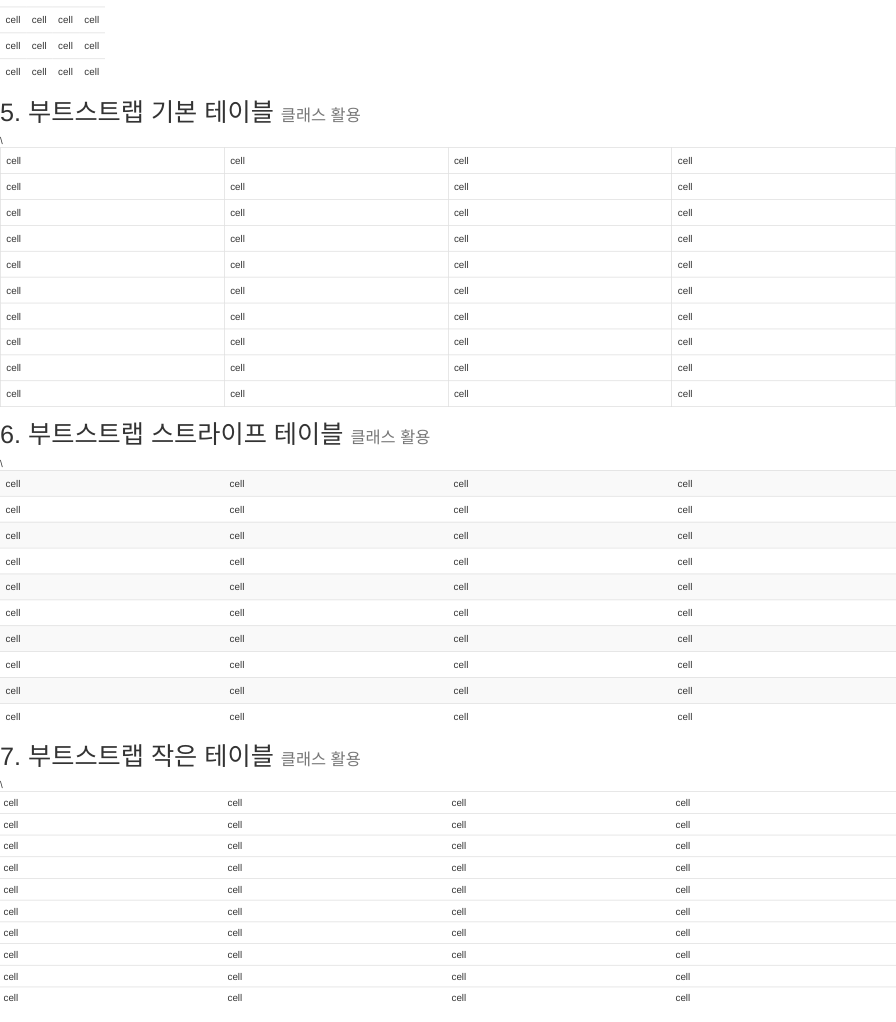
Repository: park-nahyun/BootstrapStudy
Page: BootstrapWork/WebContent/BootEx02.html
An editor plug-in stored every save of this project. The page is shown before and after the next save, followed by the edit.
The browser window is 1280 px wide. The pictures show the part of the page from y = 1389 to 3309 px (the page is 2849 px tall before and 3309 px after), at 70% of full size.

Above is the page before, as saved 2021-07-01 03:40:44.

### BootstrapWork/WebContent/BootEx02.html
<!DOCTYPE html>
<html>
<head>
<meta charset="UTF-8">
<title>BootEx02.html</title>

<link rel="stylesheet" href="css/bootstrap.css">
<script type="text/javascript" src="http://code.jquery.com/jquery.min.js"></script>
<script type="text/javascript" src="js/bootstrap.min.js"></script>

<style type="text/css">
	/* 테이블 기본 서식 */

	#table
	{
		width: 500px;
		border: 1px; solid black;
		border-collapse: collapse;
	}

	#table td
   {
      border: 1px solid black;
   }


</style>

</head>
<body>
<h1>1. 기본 테이블 <small>기본</small></h1>\
<!-- table>(tr>td{cell}*4)*10 -->
<table>
	<tr>
		<td>cell</td>
		<td>cell</td>
		<td>cell</td>
		<td>cell</td>
	</tr>
	<tr>
		<td>cell</td>
		<td>cell</td>
		<td>cell</td>
		<td>cell</td>
	</tr>
	<tr>
		<td>cell</td>
		<td>cell</td>
		<td>cell</td>
		<td>cell</td>
	</tr>
	<tr>
		<td>cell</td>
		<td>cell</td>
		<td>cell</td>
		<td>cell</td>
	</tr>
	<tr>
		<td>cell</td>
		<td>cell</td>
		<td>cell</td>
		<td>cell</td>
	</tr>
	<tr>
		<td>cell</td>
		<td>cell</td>
		<td>cell</td>
		<td>cell</td>
	</tr>
	<tr>
		<td>cell</td>
		<td>cell</td>
		<td>cell</td>
		<td>cell</td>
	</tr>
	<tr>
		<td>cell</td>
		<td>cell</td>
		<td>cell</td>
		<td>cell</td>
	</tr>
	<tr>
		<td>cell</td>
		<td>cell</td>
		<td>cell</td>
		<td>cell</td>
	</tr>
	<tr>
		<td>cell</td>
		<td>cell</td>
		<td>cell</td>
		<td>cell</td>
	</tr>
</table>


<h1>2. 기본 테이블 <small>기본</small></h1>\
<!-- table>(tr>td{cell}*4)*10 -->
<table id="table">
	<tr>
		<td>cell</td>
		<td>cell</td>
		<td>cell</td>
		<td>cell</td>
	</tr>
	<tr>
		<td>cell</td>
		<td>cell</td>
		<td>cell</td>
		<td>cell</td>
	</tr>
	<tr>
		<td>cell</td>
		<td>cell</td>
		<td>cell</td>
		<td>cell</td>
	</tr>
	<tr>
		<td>cell</td>
		<td>cell</td>
		<td>cell</td>
		<td>cell</td>
	</tr>
	<tr>
		<td>cell</td>
		<td>cell</td>
		<td>cell</td>
		<td>cell</td>
	</tr>
	<tr>
		<td>cell</td>
		<td>cell</td>
		<td>cell</td>
		<td>cell</td>
	</tr>
	<tr>
		<td>cell</td>
		<td>cell</td>
		<td>cell</td>
		<td>cell</td>
	</tr>
	<tr>
		<td>cell</td>
		<td>cell</td>
		<td>cell</td>
		<td>cell</td>
	</tr>
	<tr>
		<td>cell</td>
		<td>cell</td>
		<td>cell</td>
		<td>cell</td>
	</tr>
	<tr>
		<td>cell</td>
		<td>cell</td>
		<td>cell</td>
		<td>cell</td>
	</tr>
</table>


<h1>3. 부트스트랩 기본 테이블 <small>클래스 적용</small></h1>\
<!-- table>(tr>td{cell}*4)*10 -->
<table class="table">
	<tr>
		<td>cell</td>
		<td>cell</td>
		<td>cell</td>
		<td>cell</td>
	</tr>
	<tr>
		<td>cell</td>
		<td>cell</td>
		<td>cell</td>
		<td>cell</td>
	</tr>
	<tr>
		<td>cell</td>
		<td>cell</td>
		<td>cell</td>
		<td>cell</td>
	</tr>
	<tr>
		<td>cell</td>
		<td>cell</td>
		<td>cell</td>
		<td>cell</td>
	</tr>
	<tr>
		<td>cell</td>
		<td>cell</td>
		<td>cell</td>
		<td>cell</td>
	</tr>
	<tr>
		<td>cell</td>
		<td>cell</td>
		<td>cell</td>
		<td>cell</td>
	</tr>
	<tr>
		<td>cell</td>
		<td>cell</td>
		<td>cell</td>
		<td>cell</td>
	</tr>
	<tr>
		<td>cell</td>
		<td>cell</td>
		<td>cell</td>
		<td>cell</td>
	</tr>
	<tr>
		<td>cell</td>
		<td>cell</td>
		<td>cell</td>
		<td>cell</td>
	</tr>
	<tr>
		<td>cell</td>
		<td>cell</td>
		<td>cell</td>
		<td>cell</td>
	</tr>
</table>

<h1>4. 부트스트랩 기본 테이블 <small>클래스 적용 및 크기 설정</small></h1>\
<!-- table>(tr>td{cell}*4)*10 -->
<table class="table" style="width:150px;">
	<tr>
		<td>cell</td>
		<td>cell</td>
		<td>cell</td>
		<td>cell</td>
	</tr>
	<tr>
		<td>cell</td>
		<td>cell</td>
		<td>cell</td>
		<td>cell</td>
	</tr>
	<tr>
		<td>cell</td>
		<td>cell</td>
		<td>cell</td>
		<td>cell</td>
	</tr>
	<tr>
		<td>cell</td>
		<td>cell</td>
		<td>cell</td>
		<td>cell</td>
	</tr>
	<tr>
		<td>cell</td>
		<td>cell</td>
		<td>cell</td>
		<td>cell</td>
	</tr>
	<tr>
		<td>cell</td>
		<td>cell</td>
		<td>cell</td>
		<td>cell</td>
	</tr>
	<tr>
		<td>cell</td>
		<td>cell</td>
		<td>cell</td>
		<td>cell</td>
	</tr>
	<tr>
		<td>cell</td>
		<td>cell</td>
		<td>cell</td>
		<td>cell</td>
	</tr>
	<tr>
		<td>cell</td>
		<td>cell</td>
		<td>cell</td>
		<td>cell</td>
	</tr>
	<tr>
		<td>cell</td>
		<td>cell</td>
		<td>cell</td>
		<td>cell</td>
	</tr>
</table>

<h1>5. 부트스트랩 기본 테이블 <small>클래스 활용</small></h1>\
<!-- table>(tr>td{cell}*4)*10 -->
<table class="table table-bordered">
	<tr>
		<td>cell</td>
		<td>cell</td>
		<td>cell</td>
		<td>cell</td>
	</tr>
	<tr>
		<td>cell</td>
		<td>cell</td>
		<td>cell</td>
		<td>cell</td>
	</tr>
	<tr>
		<td>cell</td>
		<td>cell</td>
		<td>cell</td>
		<td>cell</td>
	</tr>
	<tr>
		<td>cell</td>
		<td>cell</td>
		<td>cell</td>
		<td>cell</td>
	</tr>
	<tr>
		<td>cell</td>
		<td>cell</td>
		<td>cell</td>
		<td>cell</td>
	</tr>
	<tr>
		<td>cell</td>
		<td>cell</td>
		<td>cell</td>
		<td>cell</td>
	</tr>
	<tr>
		<td>cell</td>
		<td>cell</td>
		<td>cell</td>
		<td>cell</td>
	</tr>
	<tr>
		<td>cell</td>
		<td>cell</td>
		<td>cell</td>
		<td>cell</td>
	</tr>
	<tr>
		<td>cell</td>
		<td>cell</td>
		<td>cell</td>
		<td>cell</td>
	</tr>
	<tr>
		<td>cell</td>
		<td>cell</td>
		<td>cell</td>
		<td>cell</td>
	</tr>
</table>


<h1>6. 부트스트랩 스트라이프 테이블 <small>클래스 활용</small></h1>\
<!-- table>(tr>td{cell}*4)*10 -->
<table class="table table-striped">
	<tr>
		<td>cell</td>
		<td>cell</td>
		<td>cell</td>
		<td>cell</td>
	</tr>
	<tr>
		<td>cell</td>
		<td>cell</td>
		<td>cell</td>
		<td>cell</td>
	</tr>
	<tr>
		<td>cell</td>
		<td>cell</td>
		<td>cell</td>
		<td>cell</td>
	</tr>
	<tr>
		<td>cell</td>
		<td>cell</td>
		<td>cell</td>
		<td>cell</td>
	</tr>
	<tr>
		<td>cell</td>
		<td>cell</td>
		<td>cell</td>
		<td>cell</td>
	</tr>
	<tr>
		<td>cell</td>
		<td>cell</td>
		<td>cell</td>
		<td>cell</td>
	</tr>
	<tr>
		<td>cell</td>
		<td>cell</td>
		<td>cell</td>
		<td>cell</td>
	</tr>
	<tr>
		<td>cell</td>
		<td>cell</td>
		<td>cell</td>
		<td>cell</td>
	</tr>
	<tr>
		<td>cell</td>
		<td>cell</td>
		<td>cell</td>
		<td>cell</td>
	</tr>
	<tr>
		<td>cell</td>
		<td>cell</td>
		<td>cell</td>
		<td>cell</td>
	</tr>
</table>

<h1>7. 부트스트랩 작은 테이블 <small>클래스 활용</small></h1>\
<!-- table>(tr>td{cell}*4)*10 -->
<table class="table table-condensed">
	<tr>
		<td>cell</td>
		<td>cell</td>
		<td>cell</td>
		<td>cell</td>
	</tr>
	<tr>
		<td>cell</td>
		<td>cell</td>
		<td>cell</td>
		<td>cell</td>
	</tr>
	<tr>
		<td>cell</td>
		<td>cell</td>
		<td>cell</td>
		<td>cell</td>
	</tr>
	<tr>
		<td>cell</td>
		<td>cell</td>
		<td>cell</td>
		<td>cell</td>
	</tr>
	<tr>
		<td>cell</td>
		<td>cell</td>
		<td>cell</td>
		<td>cell</td>
	</tr>
	<tr>
		<td>cell</td>
		<td>cell</td>
		<td>cell</td>
		<td>cell</td>
	</tr>
	<tr>
		<td>cell</td>
		<td>cell</td>
		<td>cell</td>
		<td>cell</td>
	</tr>
	<tr>
		<td>cell</td>
		<td>cell</td>
		<td>cell</td>
		<td>cell</td>
	</tr>
	<tr>
		<td>cell</td>
		<td>cell</td>
		<td>cell</td>
		<td>cell</td>
	</tr>
	<tr>
		<td>cell</td>
		<td>cell</td>
		<td>cell</td>
		<td>cell</td>
	</tr>
</table>
</body>
</html>

Loaded but not shown: BootstrapWork/WebContent/css/bootstrap.css (library); BootstrapWork/WebContent/js/bootstrap.min.js (library)

After the next save:
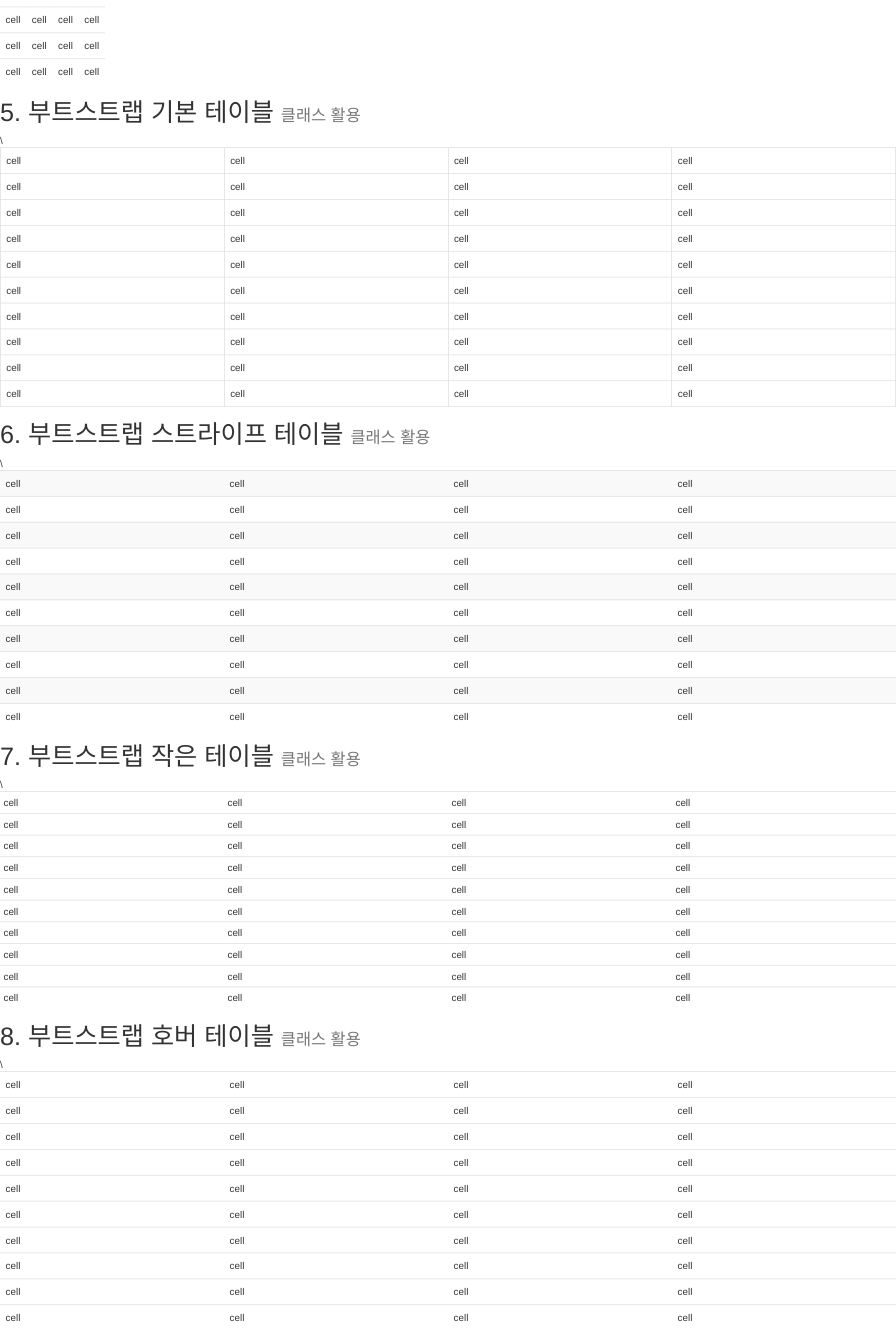
Saved 32 s later.
--- a/BootstrapWork/WebContent/BootEx02.html
+++ b/BootstrapWork/WebContent/BootEx02.html
@@ -485,5 +485,70 @@
 		<td>cell</td>
 	</tr>
 </table>
+
+<h1>8. 부트스트랩 호버 테이블 <small>클래스 활용</small></h1>\
+<!-- table>(tr>td{cell}*4)*10 -->
+<table class="table table-hover">
+	<tr>
+		<td>cell</td>
+		<td>cell</td>
+		<td>cell</td>
+		<td>cell</td>
+	</tr>
+	<tr>
+		<td>cell</td>
+		<td>cell</td>
+		<td>cell</td>
+		<td>cell</td>
+	</tr>
+	<tr>
+		<td>cell</td>
+		<td>cell</td>
+		<td>cell</td>
+		<td>cell</td>
+	</tr>
+	<tr>
+		<td>cell</td>
+		<td>cell</td>
+		<td>cell</td>
+		<td>cell</td>
+	</tr>
+	<tr>
+		<td>cell</td>
+		<td>cell</td>
+		<td>cell</td>
+		<td>cell</td>
+	</tr>
+	<tr>
+		<td>cell</td>
+		<td>cell</td>
+		<td>cell</td>
+		<td>cell</td>
+	</tr>
+	<tr>
+		<td>cell</td>
+		<td>cell</td>
+		<td>cell</td>
+		<td>cell</td>
+	</tr>
+	<tr>
+		<td>cell</td>
+		<td>cell</td>
+		<td>cell</td>
+		<td>cell</td>
+	</tr>
+	<tr>
+		<td>cell</td>
+		<td>cell</td>
+		<td>cell</td>
+		<td>cell</td>
+	</tr>
+	<tr>
+		<td>cell</td>
+		<td>cell</td>
+		<td>cell</td>
+		<td>cell</td>
+	</tr>
+</table>
 </body>
 </html>
